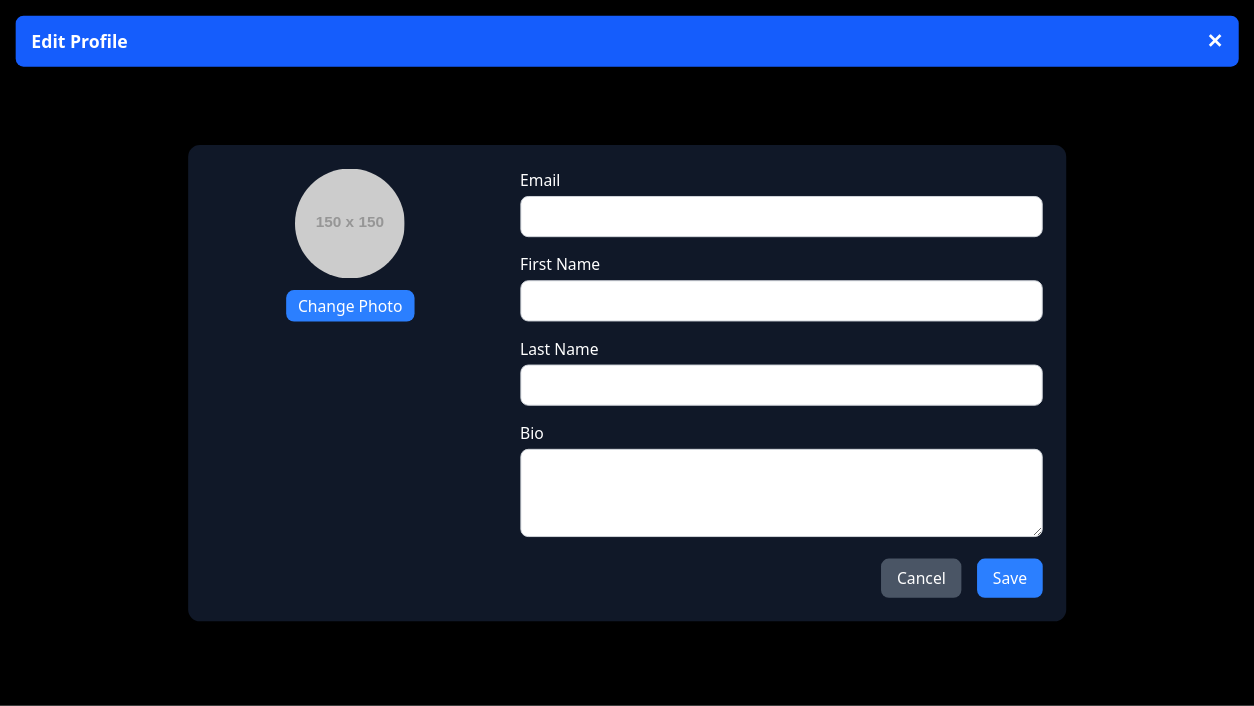
Repository: Tushal27/LinkdPlus-Frontend
Page: /Edit-Profile
An editor plug-in stored every save of this project. The page is shown before and after the next save, followed by the edit.
The browser window is 1280 px wide. The pictures show the whole page, at 98% of full size.
The page's requests for data from a server got no answer. The project was rebuilt for these pictures with package versions that can differ from the ones it lists, and the page was loaded fresh each time. No one was signed in, and anything a server would have sent is missing. Also part of the build but not shown: vite.config.js, src/pages/Login.jsx, src/pages/Register.jsx, src/pages/HomePage.jsx, src/pages/Profile.jsx, src/components/CommentsDrawer.jsx, src/pages/Posts.jsx. Imported but missing from the stored project, and not drawn on this page: src/components/PostCard, src/pages/Layout.

Above is the page before, as saved 2025-08-04 01:36:24.

After the next save:
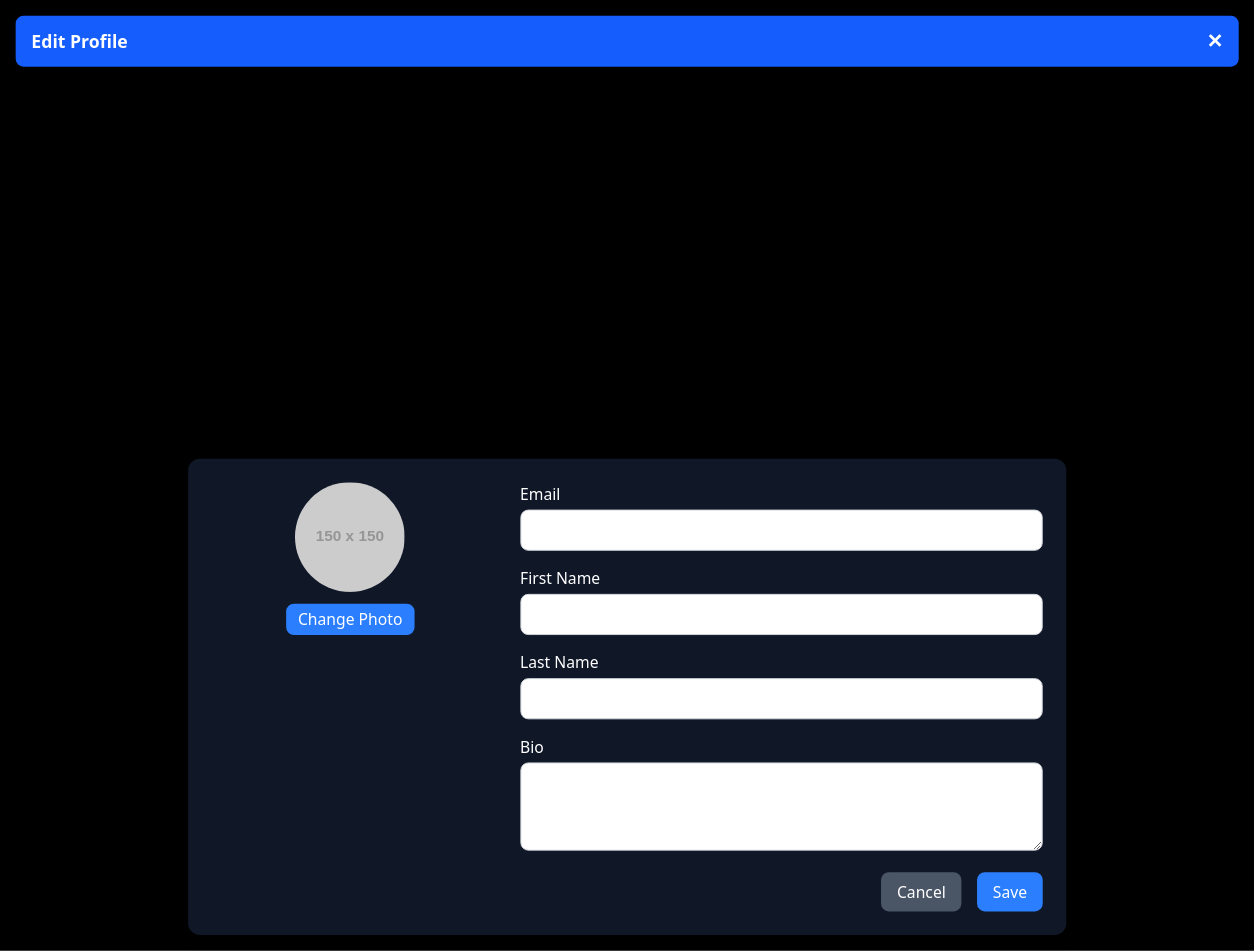
Saved 7 s later.
--- a/src/pages/EditProfile.jsx
+++ b/src/pages/EditProfile.jsx
@@ -68,7 +68,7 @@ const EditProfile = () => {
   return (
     <div className="min-h-screen bg-black text-white p-4">
       {/* Navbar */}
-      <div className="flex justify-between lg:mb-20 items-center bg-blue-600 px-4 py-3 rounded-lg mb-6">
+      <div className="flex justify-between lg:mb-100 items-center bg-blue-600 px-4 py-3 rounded-lg mb-6">
         <h2 className="text-lg font-bold">Edit Profile</h2>
         <button
           onClick={() => navigate("/profile")}
